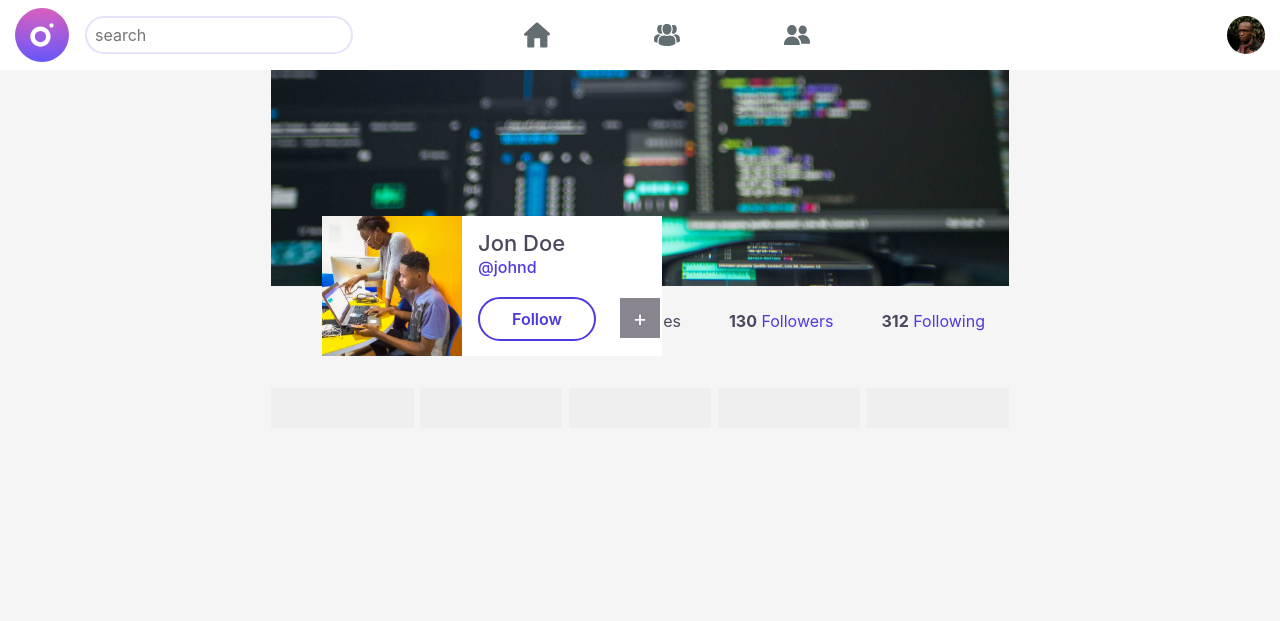
Repository: Flovet-stack/memic
Page: admin-profile.html
An editor plug-in stored every save of this project. The page is shown before and after the next save, followed by the edit.
The browser window is 1280 px wide. The pictures show the whole page.
Some web fonts or font styles are not loaded; a fallback is used.

Above is the page before, as saved 2020-10-28 10:37:07.
Console error: TypeError: Cannot read properties of undefined (reading 'fn')

### admin-profile.html
<!DOCTYPE html>
<html lang="en">
<head>
    <meta charset="UTF-8">
    <meta name="viewport" content="width=device-width, initial-scale=1.0">
    <link rel="icon" type="image/png" sizes="32x32" href="assets/images/faceit.svg">
    <!-- custom styles -->
    <link rel="stylesheet" href="css/home.css">
    <link rel="stylesheet" href="css/admin-profile.css">

    <!-- custom fonts -->
    <link rel="stylesheet" href="/usr/share/fonts/opentype/malayalam/Manjari-Regular.otf">

    <!-- bootstrap css styles -->
    <link rel="stylesheet" href="dist/css/bootstrap.min.css">
    <title>memes | John Doe</title>
</head>
<body>
    <!-- start of the home page design template -->

    <!-- start of the head section of the page -->
    <div class="home-head container-fluid">
        <div class="row">
            <div class="home-head-sec-1">
                <div class="logo"><img src="assets/images/faceit.svg" alt=""></div>
                <form>
                    <input data-toggle="tooltip" title="search" type="text" name="" id="" placeholder="search">
                </form>
            </div>
            <div class="home-head-sec-2">
                <a data-toggle="tooltip" title="Home" href="#">
                    <img class="primary-icon" src="assets/icons/house.svg" alt="">
                    <img class="secondary-icon" src="assets/icons/house-primary.svg" alt="">
                </a>
                <a data-toggle="tooltip" title="Groups" href="#">
                    <img class="primary-icon" src="assets/icons/user-group.svg" alt="">
                    <img class="secondary-icon" src="assets/icons/user-group-primary.svg" alt="">
                </a>
                <a data-toggle="tooltip" title="Friends" href="#">
                    <img class="primary-icon" src="assets/icons/friends.svg" alt="">
                    <img class="secondary-icon" src="assets/icons/friends-primary.svg" alt="">
                </a>
            </div>
            <div class="home-head-sec-3">
                <div class="user-menu">
                    <img src="assets/images/avatar.jpg" alt="">
                </div>
            </div>
        </div>
    </div>
    <!-- end of the head section of the page -->
    <!-- start of the body section of the page -->
    <div class="home-body container-fluid">
        <div class="row">
            <div class="home-center">
                <div class="container-fluid">
                    <div class="profile-card">
                        <div class="profile-cover" style="background: url(assets/images/kevin-ku-w7ZyuGYNpRQ-unsplash.jpg);">
                            <div class="profile-info">
                                <div class="profile-info-pic"><img src="assets/images/Pic.jpg" alt=""></div>
                                <div class="profile-info-details">
                                    <h3>Jon Doe</h3>
                                    <h5>@johnd</h5>
                                    <button class="follow-btn">Follow</button>
                                </div>
                            </div>
                            <button class="change-cover-btn">+</button>
                        </div>
                        <div class="profile-stat">
                            <div class="profile-stat-sub">
                                <div class="static-stat">
                                    <span class="stat-value">45</span>
                                    <span class="stat-name">Likes</span>
                                </div>
                                <div class="static-stat">
                                    <span class="stat-value">86</span>
                                    <span class="stat-name">Memes</span>
                                </div>
                                <a class="dynamic-stat">
                                    <span class="stat-value">130</span>
                                    <span class="stat-name">Followers</span>
                                </a>
                                <a class="dynamic-stat">
                                    <span class="stat-value">312</span>
                                    <span class="stat-name">Following</span>
                                </a>
                            </div>
                        </div>
                    </div>
                </div>
                <div class="container-fluid">
                    <div class="admin-social">
                        <button class="admin-social-sub facebook"></button>
                        <button class="admin-social-sub twitter"></button>
                        <button class="admin-social-sub instagram"></button>
                        <button class="admin-social-sub pinterest"></button>
                        <button class="admin-social-sub mail"></button>
                    </div>
                </div>
            </div>
        </div>
    </div>
    <!-- end of the head section of the page -->

    <!-- end of the home page design template -->

    <script src="dist/js/bootstrap.min.js"></script>
    <script src="https://code.jquery.com/jquery-3.5.1.slim.min.js"
        integrity="sha384-DfXdz2htPH0lsSSs5nCTpuj/zy4C+OGpamoFVy38MVBnE+IbbVYUew+OrCXaRkfj"
        crossorigin="anonymous"></script>
</body>
</html>

### css/admin-profile.css
.profile-card {
    width: 100%;
    height: auto;
}
.profile-cover {
    width: 100%;
    height: 30vh;
    background-color: blue;
    background-size: 100% !important;
    background-position: center !important;
    background-attachment: scroll !important;
}
.profile-info {
    width: 340px;
    height: 140px;
    background-color: var(--white);
    position: relative;
    top: 100%;
    transform: translate(15%, -50%);
    display: flex;
    /* border-radius: 70px; */
    /* border-top-right-radius: 70px;
    border-bottom-right-radius: 70px; */
}
.profile-info-pic {
    width: 140px;
    height: 140px;
    background-color: var(--secondary-color);
}
.profile-info-pic img {
    width: 100%;
    height: 100%;
    /* border-top-right-radius: var(--circular-radius);
    border-bottom-right-radius: var(--circular-radius); */
}
.profile-info-details {
    padding: var(--padding-2);
}
.profile-info-details h3 {
    color:var(--text-color);
    font-size: var(--font-size-4);
    line-height: 1;
}
.profile-info-details h5 {
    color:var(--secondary-color);
    font-size: var(--font-size-1);
    line-height: .7;
}
.profile-info-details .follow-btn {
    margin-top: var(--padding-2);
}
.change-cover-btn {
    width: 40px;
    height: 40px;
    position: relative;
    transform: translate(-50%, -50%);
    left: 50%;
    top: 50%;
    border: none;
    background-color: var(--dark-overlay);
    color: var(--white);
    font-size: 22px;
    transition-duration: var(--duration);
    outline: none !important;
}
.change-cover-btn:hover {
    background-color: #000;
    transition-duration: var(--duration);
}
.profile-stat {
    width: 100%;
    height: 70px;
    display: grid;
    align-items: center;
    justify-items: flex-end;
    /* background-color: var(--secondary-overlay); */
}
.profile-stat-sub {
    width: auto;
    height: auto;
    display: flex;
}
.profile-stat-sub div,
.profile-stat-sub a {
    margin: 0 var(--padding-1);
    padding: var(--padding-1) var(--padding-2);
    border-radius: var(--border-radius);
}
.profile-stat-sub .stat-value {
    color: #000;
    font-weight: 700;
}
.profile-stat-sub .stat-name {
    color: var(--text-color);
}
.dynamic-stat .stat-value {
    color: var(--text-color) !important;
}
.dynamic-stat .stat-name {
    color: var(--secondary-color) !important;
}
.dynamic-stat {
    background-color: transparent;
    transition-duration: var(--duration);
    cursor: pointer;
}
.dynamic-stat:hover {
    background-color: var(--secondary-overlay);
    transition-duration: var(--duration);
}
.admin-social {
    width: 100%;
    height: auto;
    display: flex;
    margin-top: var(--padding-3);
}
.admin-social-sub {
    width: 20%;
    height: 40px;
    border: none;
    margin: 0 .2em;
}
.admin-social-sub:first-child {
    margin-left: 0 !important;
}
.admin-social-sub:last-child {
    margin-right: 0 !important;
}

### css/main-styles.css
:root {
    /* color palette */
    --white: #fff;
    /* --white: #1e272e !important; */
    --white-shade-0: rgb(253, 253, 253);
    --white-shade-1: #f0f8ff;
    --white-shade-2: #ececec79;
    --white-shade-3: #d0d0d0;
    --border-color: #b2bec3;
    --primary-color: #636E72;
    /* --secondary-color: #6c5ce7; */
    --secondary-color: #4d39e0;
    --secondary-overlay: #7a48ee2a;
    /* --secondary-overlay: #6c5ce746; */
    --red: #d63031;
    /* --red: #970f3c; */
    --dark-overlay: rgba(10, 2, 19, 0.479);
    --transparent-overlay: #ebf6ff;
    --transparent-overlay-2: #d0d0d059;

    /* text-editing */
    --font-size-1: 16px;
    --font-size-2: 18px;
    --font-size-3: 20px;
    --font-size-4: 22px;
    --normal: 400;
    --light: 200;
    --thick: 600;
    --font-family: Manjari;
    --text-color: rgb(73, 72, 93);
    /* --text-color: #fff; */

    /* box-styling */
    --padding-1: .5rem;
    --padding-2: 1rem;
    --padding-3: 2rem;
    --border-radius: 50px;
    --circular-radius: 50%;
    --border: 2px solid var(--white-shade-2);

    /* animations */
    --duration: .5s;
}

body {
    box-sizing: border-box;
    font-family: var(--font-family);
    overflow-x: hidden;
    background-color: var(--white-shade-2) !important;
}
.row {
    margin-right: 0 !important;
    margin-left: 0 !important;
}
a {
    outline: none !important;
}
.follow-btn {
    border: 2px solid var(--secondary-color);
    background: var(--whi);
    padding: var(--padding-1) var(--padding-3);
    border-radius: var(--border-radius);
    color: var(--secondary-color);
    transition-duration: var(--duration);
    font-weight: 600;
    outline: none !important;
}
.follow-btn:hover {
    background-color: var(--secondary-color);
    color: var(--white);
    transition-duration: var(--duration);
}

### css/user-card.css
/* start of the user card styling */
.user-card {
    width: 150px;
    height: 50px;
    display: flex;
    color: var(--white);
    text-decoration: none;
    border-radius: var(--border-radius);
    transition-duration: var(--duration);
}
.user-card:hover {
    text-decoration: none;
    background-color: var(--transparent-overlay-2);
    transition-duration: var(--duration);
}
.user-card-pic {
    width: 50px;
    height: 50px;
    border-radius: var(--circular-radius);
    background-repeat: no-repeat !important;
    background-position: center !important;
    background-size: cover !important;
}
.user-card-detail {
    width: auto;
    height: 50px;
    padding-left: var(--padding-1);
    color: var(--text-color);
    display: grid;
    align-content: center;
}
.username {
    font-size: var(--font-size-2);
    font-weight: 600;
}
.card-time {
    font-size: var(--font-size-1);
    color: var(--secondary-color);
}
/* end of the user card styling */

### css/post-card.css
.post-card {
    width: 80%;
    margin: var(--padding-2) auto;
    background-color: var(--white);
    border-radius: var(--border-radius);
    padding: var(--padding-2) 0;
    /* background-color: var(--transparent-overlay); */
    background-color: var(--white);
    border: var(--border);
}
.post-card .user-card {
    margin-left: var(--padding-2);
}
/* .post-card .user-card:hover {
    background-color: var(--secondary-overlay);
} */
.post-card img {
    width: 100%;
}
.post-img {
    transform: scale(.97);
    border-radius: var(--border-radius) !important;
    background-color: var(--transparent-overlay);
}
.post-card-footer {
    margin-top: var(--padding-1);
    padding: 0 var(--padding-2);
    width: 100%;
    display: flex;
    height: auto;
}
.react,
.actions {
    width: 50%;
    height: 50px;
    display: grid;
    align-items: center;
}
.react-sub,
.actions-sub {
    width: 100%;
    height: 100%;
    display: flex;
    text-align: left;
}
.actions-sub {
    flex-direction: row-reverse;
}
.actions-sub a {
    flex-direction: row-reverse;
    margin-right: 0 !important;
    margin-left: var(--padding-1) !important;
}
.react-sub a,
.actions-sub a {
    width: 50px;
    height: 50px;
    background-color: transparent;
    margin-right: var(--padding-1);
    display: flex;
    align-items: center;
    justify-content: center;
    border-radius: var(--circular-radius);
}
.react-sub a img,
.actions-sub a img {
    width: 60%;
    height: auto;
    padding: 0 !important;
    transition-duration: var(--duration);
    border-radius: none !important;
}
.react-sub a:hover,
.actions-sub a:hover {
    background-color: var(--secondary-overlay);
    transition-duration: var(--duration);
}
.react-sub .dislike img{
    transform: rotatez(180deg) !important;
}
.share-options {
    height: auto;
    /* width: 0px; */
    width: calc((30px * 4) + ((var(--padding-1) * 2) * 6));
    background-color: var(--white);
    border-radius: var(--border-radius);
    padding:  var(--padding-1);
    /* box-shadow: 4px 4px 10px 3px var(--white-shade-2); */
    position: absolute;
    /* left: 100px; */
    margin-top: -60px;
    /* margin-left: 200px; */
    transform: scale(.9);
    transition-duration: 1s;
}
.share-options ul {
    width: auto;
    padding: 0 !important;
    margin: 0 !important;
}
.share-options li {
    width: auto;
    display: inline-block;
}
.share-options a{
    padding: var(--padding-1);
    /* background-color: red; */
}
.share-options a:hover {
    background-color: transparent;
}
.share-options a img{
    width: 30px;
    height: 30px;
    padding: .2rem !important;
    transition-duration: var(--duration);
}
.share-options a img:hover {
    transform: scale(1.3);
    transition-duration: var(--duration);
}
.share-icon {
    transition-duration: 1s
}
.share-icon:hover ~ .share-options {
    transition-duration: 1s;
    transform: scale(1);
}

.comment-section {
    width: 100%;
    padding: 0 var(--padding-2);
}
.comment-section h4 {
    font-size: var(--font-size-1);
    color: var(--text-color);
    font-weight: 600;
    margin-bottom: var(--padding-2);
}
.comment-form {
    display: flex;
    justify-content: space-between;
    margin-bottom: var(--padding-3);
}
.comment-form img {
    width: 50px;
    height: 50px;
    padding: 0 !important;
    border-radius: var(--circular-radius);
    margin-right: var(--padding-2);
}
.comment-form textarea {
    width: 75%;
    height: 50px;
    outline: none;
    font-size: var(--font-size-2);
    color: var(--text-color);
    padding: var(--padding-1) var(--padding-2);
    border: 1px solid var(--white);
    border-radius: var(--border-radius);
    transition-duration: var(--duration);
    margin-right: var(--padding-1);
    background-color: var(--white-shade-2);
}
.comment-form textarea:hover {
    border: 1px solid var(--secondary-overlay);
    transition-duration: var(--duration);
}
.comment-form textarea:focus {
    border: 1px solid var(--secondary-overlay);
    background-color: var(--white);
    transition-duration: var(--duration);
}
.comment-form button {
    outline: none !important;
    background-color: var(--secondary-overlay);
    border: none;
    border-radius: var(--circular-radius);
    color: var(--white);
    transition-duration: var(--duration);
}
.comment-form button:hover {
    outline: none;
    background-color: var(--secondary-color);
    transition-duration: var(--duration);
}
.comment {
    width: 95%;
    margin: 0 auto;
    height: auto;
    /* border-bottom: var(--border); */
}
.comment .user-card {
    margin: 0 !important;
}
.comment .user-card-pic {
    width: 30px;
    height: 30px;
    margin-top: 10px;
}
.comment .username {
    font-size: var(--font-size-1);
    line-height: .5;
}
.comment .card-time {
    font-size: calc(var(--font-size-1) - 2px) !important;
    /* line-height: .5; */
}
.comment .comment-content p {
    width: auto;
    height: auto;
    color: var(--text-color);
    margin: 0 calc(var(--padding-1) * 7);
    background-color: var(--white-shade-1);
    padding: var(--padding-1) var(--padding-3);
    border-radius: var(--border-radius);

    /* line-height: 5px; */
}
.comment .comment-like {
    height: 20px;
    font-size: calc(var(--font-size-1) - 2px);
    padding: 0 var(--padding-1);
    border-radius: var(--border-radius);
    position: relative;
    border: none;
    outline: none;
    /* bottom: 100%; */
    left: calc(100% - ((var(--padding-1) * 7) + 1.5rem));
    background-color: var(--secondary-color);
    color: var(--white);
    transition-duration: var(--duration);
    transform: translateY(-125%);
    display: flex;
    align-items: center;
    justify-content: center;
}
.comment .comment-like:hover {
    padding: 0 calc(var(--padding-1) + .1rem);
    transition-duration: var(--duration);
    background-color: var(--secondary-overlay);
}
.comment .comment-like img {
    width: 15px;
    height: 15px;
    margin-left: .3rem;
    transform: translateY(-1.5px);
}

/* @media (min-width: 768px) {
}

@media (min-width: 992px) {
}

@media (min-width: 1200px) {
} */

Loaded but not shown: dist/css/bootstrap.min.css (library); dist/js/bootstrap.min.js (library); css/home.css (475 lines, source omitted)

After the next save:
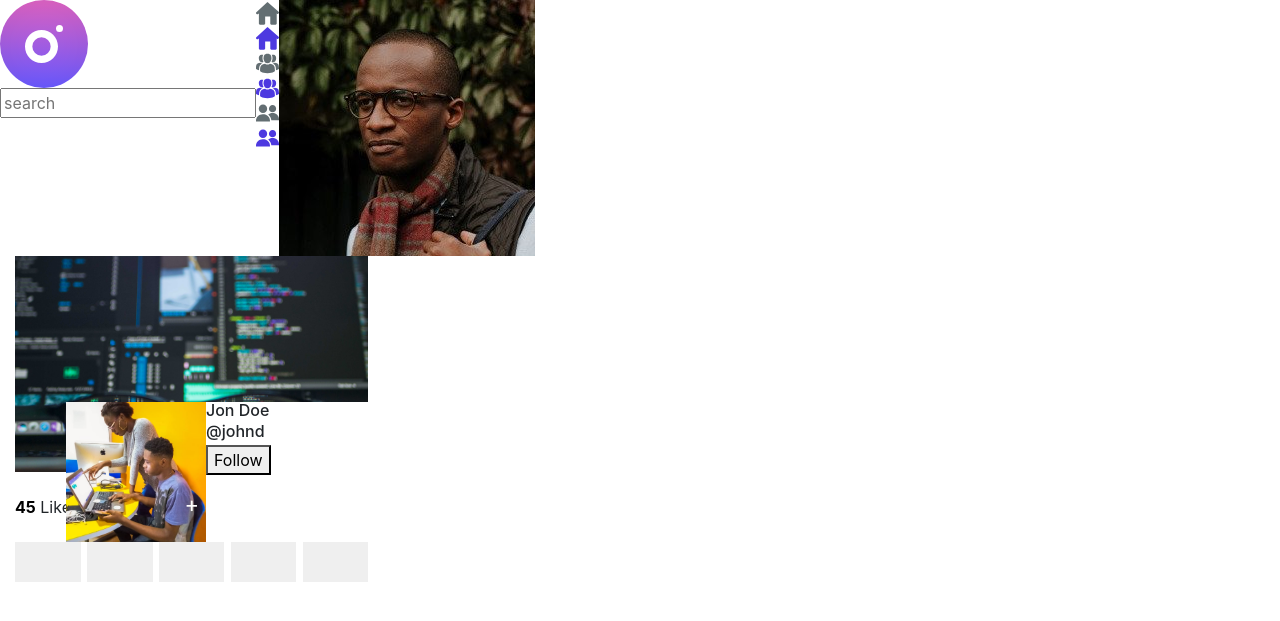
Saved 53 s later.
--- a/admin-profile.html
+++ b/admin-profile.html
@@ -5,7 +5,7 @@
     <meta name="viewport" content="width=device-width, initial-scale=1.0">
     <link rel="icon" type="image/png" sizes="32x32" href="assets/images/faceit.svg">
     <!-- custom styles -->
-    <link rel="stylesheet" href="css/home.css">
+    <!-- <link rel="stylesheet" href="css/home.css"> -->
     <link rel="stylesheet" href="css/admin-profile.css">
 
     <!-- custom fonts -->

After the save that followed:
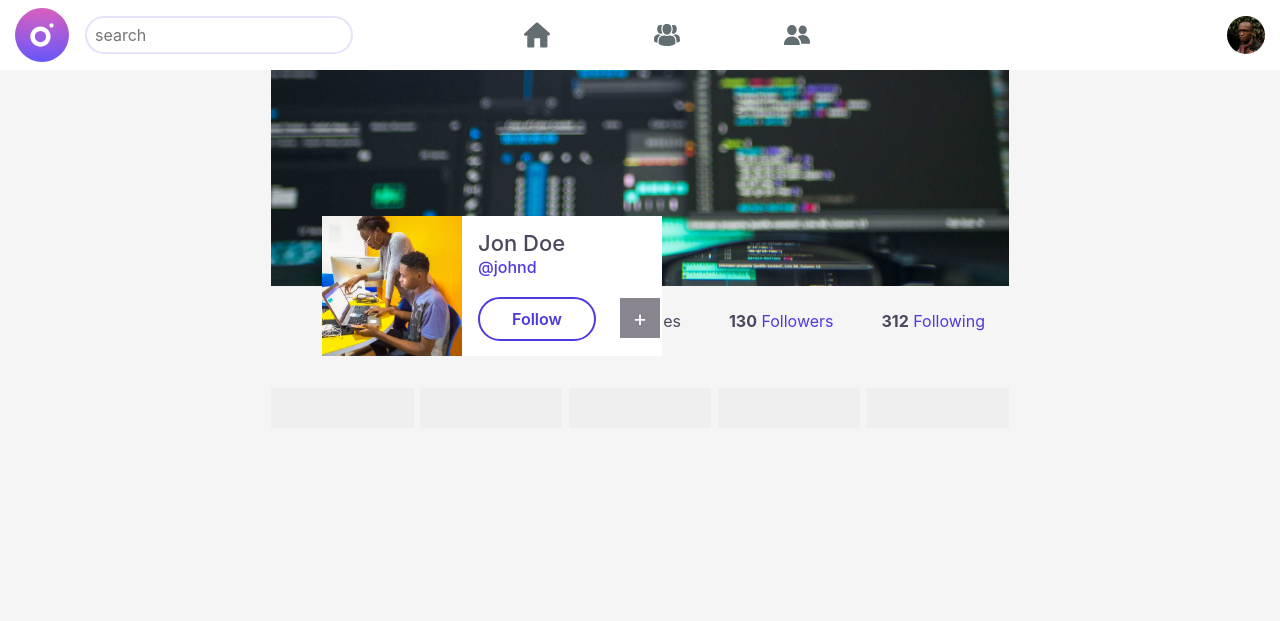
Saved 9 s later.
--- a/admin-profile.html
+++ b/admin-profile.html
@@ -5,7 +5,7 @@
     <meta name="viewport" content="width=device-width, initial-scale=1.0">
     <link rel="icon" type="image/png" sizes="32x32" href="assets/images/faceit.svg">
     <!-- custom styles -->
-    <!-- <link rel="stylesheet" href="css/home.css"> -->
+    <link rel="stylesheet" href="css/home.css">
     <link rel="stylesheet" href="css/admin-profile.css">
 
     <!-- custom fonts -->
